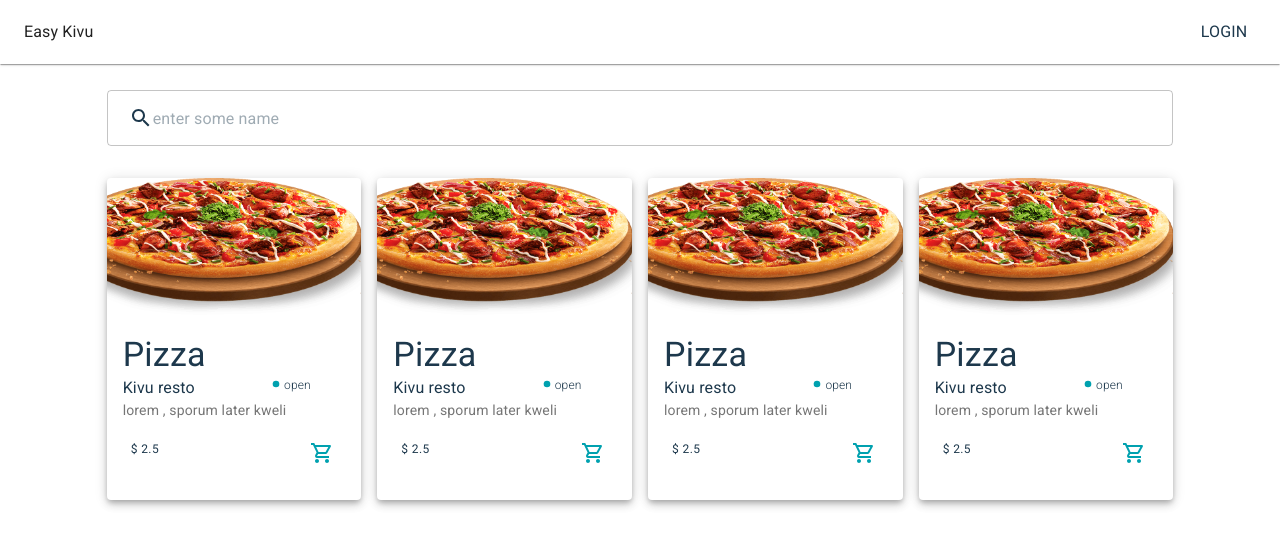
Repository: kilamaelie/jokes-dapp
Page: /
An editor plug-in stored every save of this project. The page is shown before and after the next save, followed by the edit.
The browser window is 1280 px wide. The pictures show the whole page.
The project was rebuilt for these pictures with package versions that can differ from the ones it lists, and the page was loaded fresh each time. Also part of the build but not shown: src/ui/page/dashboard/dashboard.js.

Above is the page before, as saved 2021-06-28 08:57:51.

After the next save:
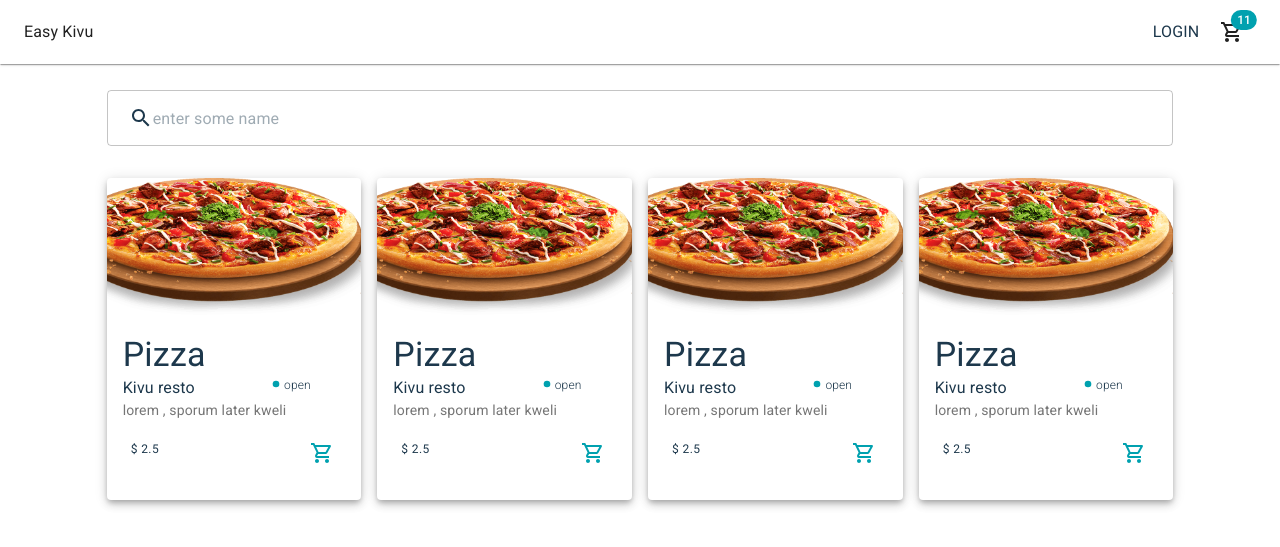
Saved 18 s later.
--- a/src/ui/widget/appbar.js
+++ b/src/ui/widget/appbar.js
@@ -198,7 +198,11 @@ const AppBars =()=>{
             {/* } */}
 
           </div>
-
+          <IconButton aria-label="show 11 new notifications" color="inherit">
+          <Badge badgeContent={11} color="secondary">
+            <ShoppingCartOutlinedIcon />
+          </Badge>
+        </IconButton>
           <div className={classes.sectionMobile}>
             <IconButton
               aria-label="show more"
